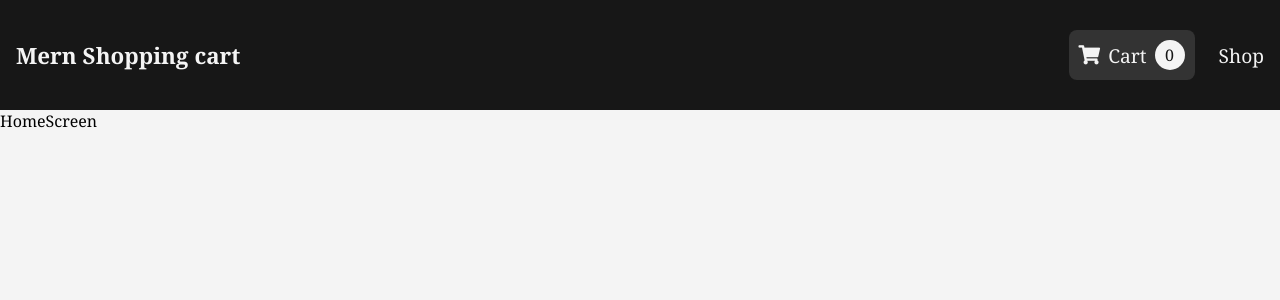
Repository: exiled-kal/MernShop
Page: / (app in frontend/)
An editor plug-in stored every save of this project. The page is shown before and after a run of saves, followed by the edit.
The browser window is 1280 px wide. The pictures show the whole page.
The project was rebuilt for these pictures with package versions that can differ from the ones it lists, and the page was loaded fresh each time. Also part of the build but not shown: frontend/src/screens/HomeScreen.css, frontend/src/screens/ProductScreen.css, frontend/src/screens/ProductScreen.js, frontend/src/screens/CartScreen.css, frontend/src/screens/CartScreen.js, frontend/src/components/Backdrop.css, frontend/src/components/Backdrop.js.

Above is the page before, as saved 2021-03-23 20:38:57.

### frontend/public/index.html
<!DOCTYPE html>
<html lang="en">

<head>
  <meta charset="utf-8" />
  <link rel="icon" href="%PUBLIC_URL%/favicon.ico" />
  <meta name="viewport" content="width=device-width, initial-scale=1" />
  <meta name="theme-color" content="#000000" />
  <meta name="description" content="Web site created using create-react-app" />
  <link rel="apple-touch-icon" href="%PUBLIC_URL%/logo192.png" />

  <link rel="manifest" href="%PUBLIC_URL%/manifest.json" />
  <link rel="stylesheet" href="https://cdnjs.cloudflare.com/ajax/libs/font-awesome/5.15.3/css/all.min.css"
    integrity="sha512-iBBXm8fW90+nuLcSKlbmrPcLa0OT92xO1BIsZ+ywDWZCvqsWgccV3gFoRBv0z+8dLJgyAHIhR35VZc2oM/gI1w=="
    crossorigin="anonymous" />

  <title>My Shop</title>
</head>

<body>
  <noscript>You need to enable JavaScript to run this app.</noscript>
  <div id="root"></div>

</body>

</html>

### frontend/src/index.css
* {
  margin: 0;
  padding: 0;
  box-sizing: border-box;
}

body {
  font-family: Cambria, Cochin, Georgia, Times, 'Times New Roman', serif;
  background: #f4f4f4;
}

img {
  width: 100%;
  object-fit: contain;
}

### frontend/src/App.js
import './App.css';
import {useState} from 'react';
import {BrowserRouter as Router, Switch, Route} from 'react-router-dom';
// Screens
import HomeScreen from './screens/HomeScreen';
import ProductScreen from './screens/ProductScreen';
import CartScreen from './screens/CartScreen';

//Components
import Navbar from './components/Navbar';
import Backdrop from './components/Backdrop';
import SideDrawer from './components/SideDrawer';

function App() {
  const [sideToggle, setSideToggle] = useState(false);

  return (
    <Router>
      <Navbar click={() => setSideToggle(true)} />
      <SideDrawer show={sideToggle} click={() => setSideToggle(false)} />
      <Backdrop show={sideToggle} click={() => setSideToggle(false)} />
      <main>
        <Switch>
          <Route exact path="/" component={HomeScreen} />
          <Route exact path="/product/:id" component={ProductScreen} />
          <Route exact path="/cart" component={CartScreen} />
        </Switch>
      </main>
    </Router>
  );
}

export default App;

### frontend/src/App.css
* {
  margin: 0;
  padding: 0;
  box-sizing: border-box;
}

body {
  font-family: Cambria, Cochin, Georgia, Times, 'Times New Roman', serif;
  background: #f4f4f4;
}

img {
  width: 100%;
  object-fit: contain;
}

### frontend/src/screens/HomeScreen.js
import './HomeScreen.css';
const HomeScreen = () => {
  return <div className="homescreen">HomeScreen</div>;
};

export default HomeScreen;

### frontend/src/components/Navbar.js
import './Navbar.css';
import {Link} from 'react-router-dom';

const Navbar = ({click}) => {
  return (
    <nav className="navbar">
      <div className="navbar__logo">
        <h2>Mern Shopping cart</h2>
      </div>

      <ul className="navbar__links">
        <li>
          <Link to="/cart" className="cart__link">
            <i className="fas fa-shopping-cart"></i>
            <span>
              Cart
              <span className="cartlogo__badge">0</span>
            </span>
          </Link>
        </li>
        <li>
          <Link to="/">Shop</Link>
        </li>
      </ul>

      <div className="hamburger__menu" onClick={click}>
        <div></div>
        <div></div>
        <div></div>
      </div>
    </nav>
  );
};

export default Navbar;

### frontend/src/components/SideDrawer.js
import {Link} from 'react-router-dom';
import './SideDrawer.css';

const SideDrawer = ({show, click}) => {
  const sideDrawerClass = ['sidedrawer'];

  if (show) {
    sideDrawerClass.push('show');
  }

  return (
    <div className={sideDrawerClass.join(' ')}>
      <ul className="sidedrawer__links" onClick={click}>
        <li>
          <Link to="/cart">
            <i className="fas fa-shopping-cart"></i>
            <span>
              Cart <span className="sidedrawer__cartbadge">0</span>
            </span>
          </Link>
        </li>
        <li>
          <Link to="/">Shop</Link>
        </li>
      </ul>
    </div>
  );
};

export default SideDrawer;

### frontend/src/components/Navbar.css
.navbar {
  width: 100%;
  height: 110px;
  background-color: #171717;
  display: flex;
  justify-content: space-between;
  align-items: center;
  padding: 1.5rem 1rem;
  z-index: 50;
}

.navbar__logo h2 {
  color: #f4f4f4;
  font-size: 1.4rem;
  cursor: pointer;
}

.navbar__links {
  display: flex;
  list-style: none;
  align-items: center;
}

.navbar__links > li {
  padding-left: 1.5rem;
}

.navbar__links > li > a {
  text-decoration: none;
  color: #f4f4f4;
  font-size: 1.2rem;
  display: flex;
  align-items: center;
}

.navbar__links > li > a > span {
  display: flex;
  align-items: center;
  margin-left: 8px;
}

.cart__link {
  background: #333;
  padding: 10px;
  border-radius: 8px;
}

.cart__link:hover {
  background: #f4f4f4;
  color: red;
}

.cartlogo__badge {
  width: 30px;
  height: 30px;
  background: #f4f4f4;
  border-radius: 50%;
  margin-left: 8px;
  color: #171717;
  display: flex;
  justify-content: center;
  align-items: center;
  text-align: center;
  font-size: 1rem;
}

.hamburger__menu {
  width: 30px;
  height: 30px;
  display: none;
  flex-direction: column;
  justify-content: space-between;
  align-items: center;
  cursor: pointer;
}

.hamburger__menu > div {
  width: 100%;
  height: 3px;
  background-color: #f4f4f4;
}

.hamburger__menu:hover > div {
  background: red;
}

@media (max-width: 960px) {
  .navbar__links {
    display: none;
  }
  .hamburger__menu {
    display: flex;
  }
}

@media (max-width: 500px) {
  .navbar__logo h2 {
    font-size: 1rem;
  }
}

### frontend/src/components/SideDrawer.css
.sidedrawer {
  width: 70%;
  height: 100vh;
  background: #fff;
  position: fixed;
  top: 0;
  left: 0;
  z-index: 200;
  transform: translateX(-100%);
  transition: all 0.3s ease-out;
  display: flex;
  flex-direction: column;
  justify-content: center;
}

.sidedrawer.show {
  transform: translateX(0);
}

.sidedrawer__links {
  display: flex;
  flex-direction: column;
  list-style: none;
}

.sidedrawer__links > li {
  display: flex;
  align-items: center;
}

.sidedrawer__links > li > a {
  display: flex;
  align-items: center;
  justify-content: center;
  text-align: center;
  flex: 1;
  padding: 1rem;
  text-decoration: none;
  color: #171717;
  font-size: 1.6rem;
}

.sidedrawer__links > li > a:hover {
  background: #171717;
  color: #f4f4f4;
}

.sidedrawer__links > li > a > span {
  display: flex;
  align-items: center;
  margin-left: 8px;
}

.sidedrawer__cartbadge {
  display: flex;
  align-items: center;
  justify-content: center;
  text-align: center;
  width: 30px;
  height: 30px;
  border-radius: 50%;
  background: #171717;
  color: #f4f4f4;
  font-size: 1rem;
  margin-left: 8px;
}

.sidedrawer__links > li > a:hover .sidedrawer__cartbadge {
  background: #f4f4f4;
  color: #171717;
}

@media (min-width: 960px) {
  .sidedrawer {
    display: none;
  }
}

Loaded but not shown: frontend/src/index.js (common file); frontend/src/reportWebVitals.js (common file); frontend/src/screens/HomeScreen.css (no copy from this time; the picture is the same without it)

After the next 4 saves:
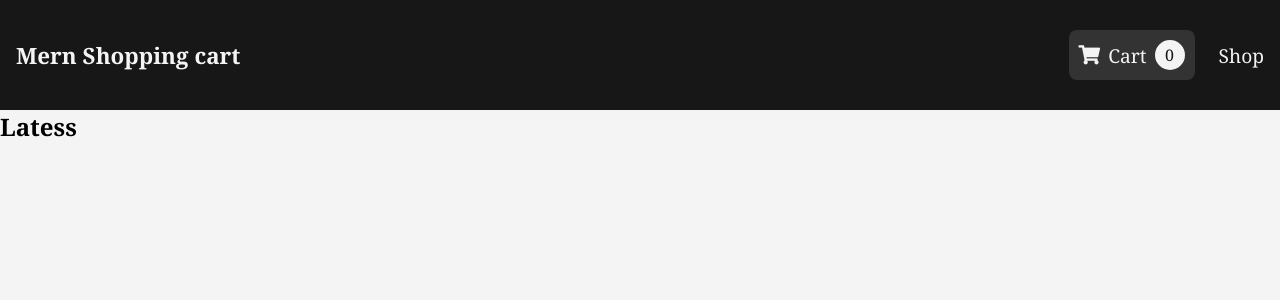
The 4 saves are shown as one change because they came seconds apart.
The last was saved 3 min 26 s later.
--- a/frontend/src/screens/HomeScreen.js
+++ b/frontend/src/screens/HomeScreen.js
@@ -1,6 +1,8 @@
 import './HomeScreen.css';
 const HomeScreen = () => {
-  return <div className="homescreen">HomeScreen</div>;
+  return <div className="homescreen">
+  <h2>Latess</h2>
+  </div>;
 };
 
 export default HomeScreen;
